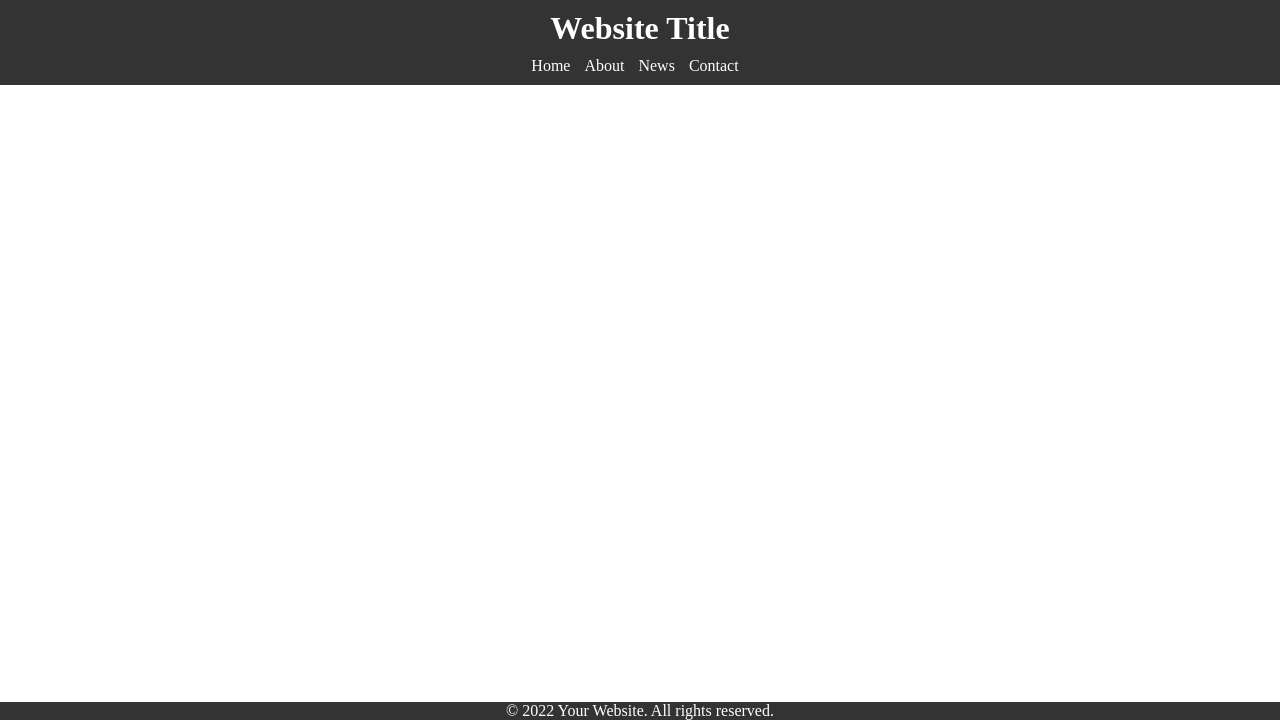
Repository: KHANHD192/Docker_lab
Page: http://localhost/?file=home.php
An editor plug-in stored every save of this project. The page is shown before and after the next save, followed by the edit.
The browser window is 1280 px wide. The pictures show the whole page.
The page is run by PHP 8.4 with error messages shown; the project is at /var/www/html/.

Above is the page before, as saved 2024-04-08 17:08:38.

After the next save:
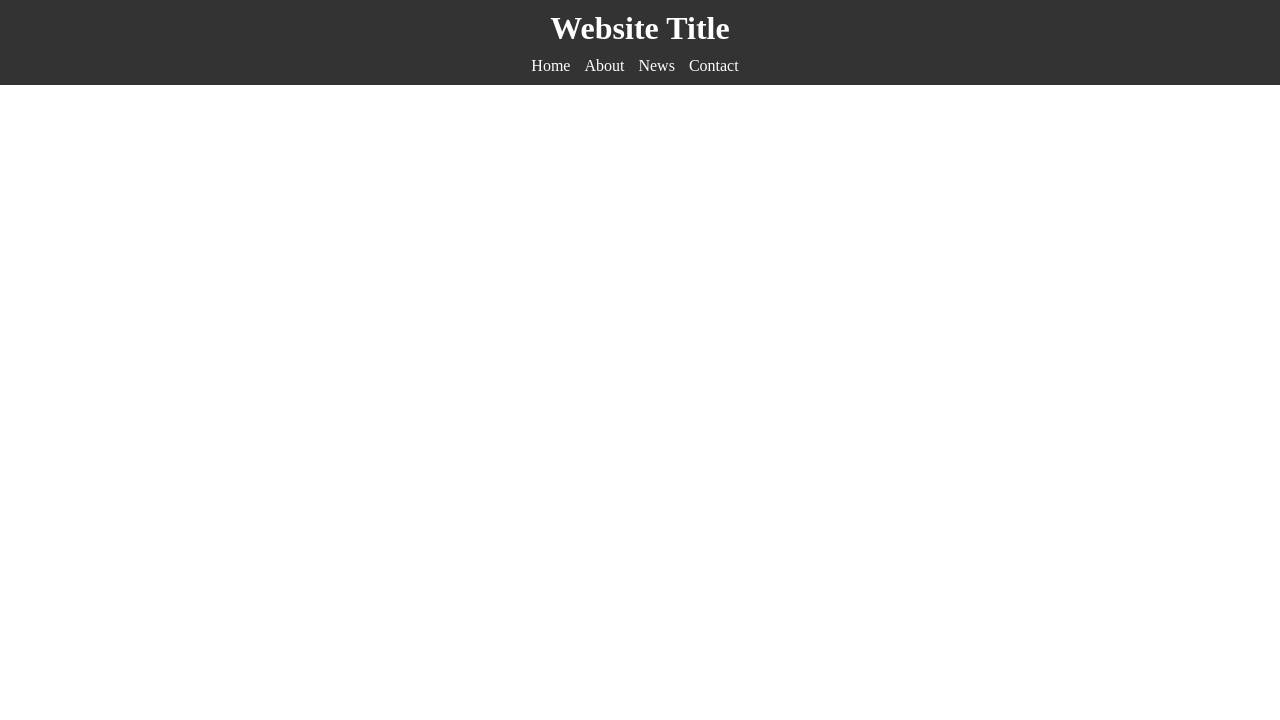
Saved 36 s later.
--- a/src/index.php
+++ b/src/index.php
@@ -103,6 +103,7 @@
  </div>
                 ";
              }
+             exit();
         }
 
 
